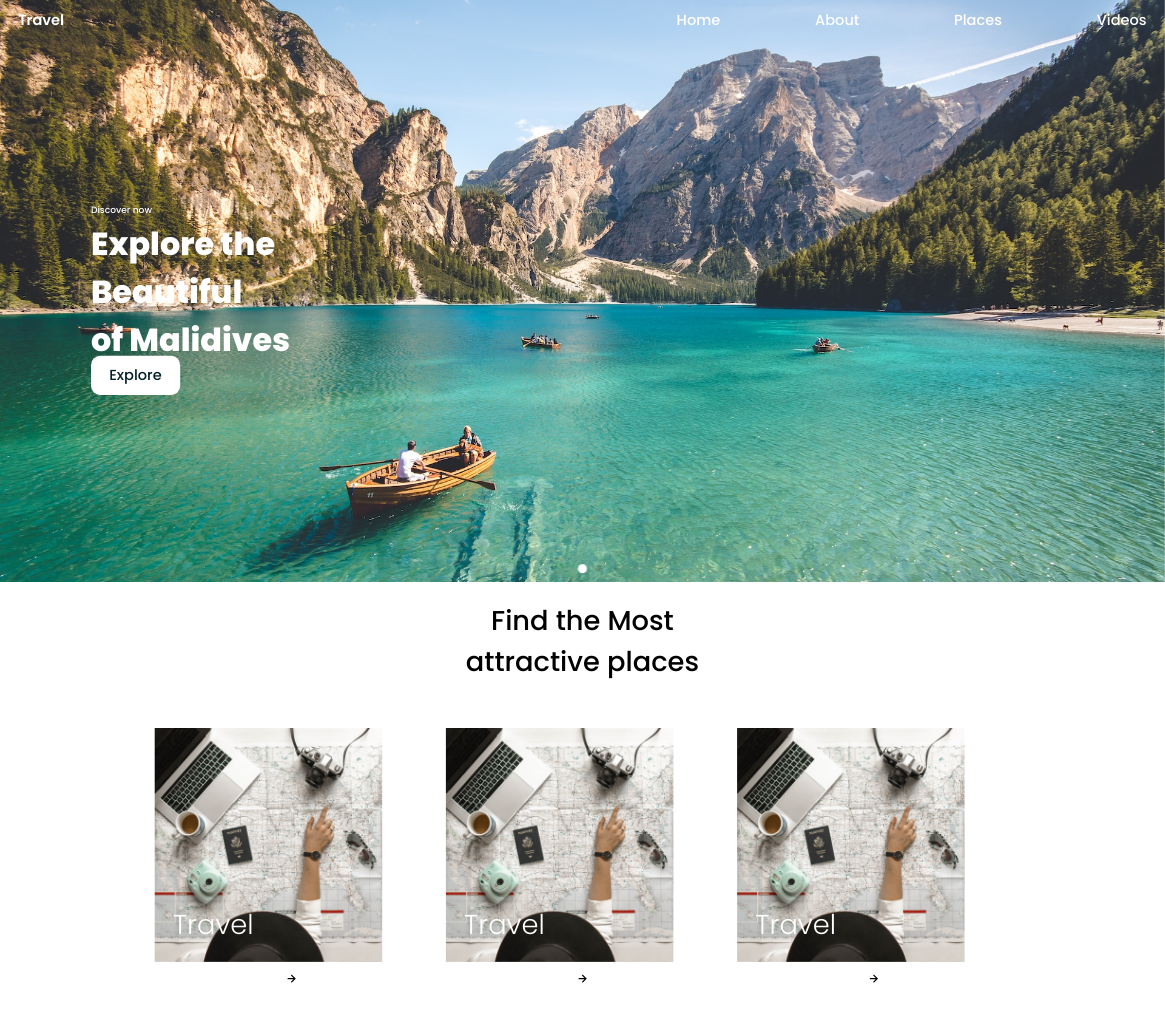
Repository: OmniaRafat232111121/Traveling
Page: index.html
These files come from the project's save history. The page is drawn as it stood at one moment and after the next save; the edit follows.
The browser window is 1280 px wide. The pictures show the whole page, at 91% of full size.

Above is the page before, as saved 2022-12-20 11:23:24.

After the next save:
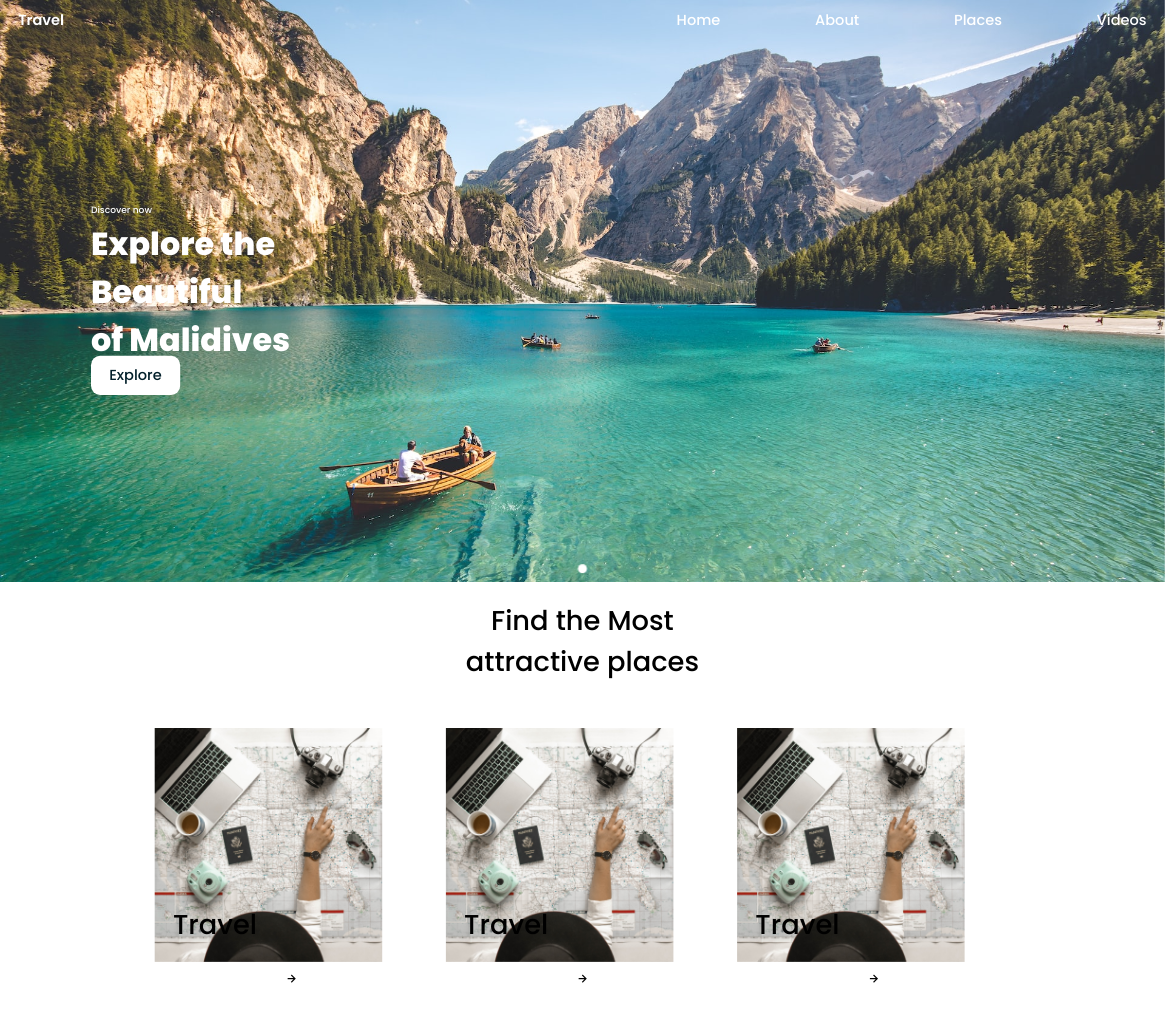
Saved 13 s later.
--- a/css/style.css
+++ b/css/style.css
@@ -152,7 +152,7 @@ span.swiper-pagination-bullet.swiper-pagination-bullet-active.swiper-pagination-
     position:absolute;
 bottom:30px;
 }
-.place-heading h1{
+.place-heading h2{
     font-weight: 300;
     font-size: 30px;
     color:var(--bf-color);
